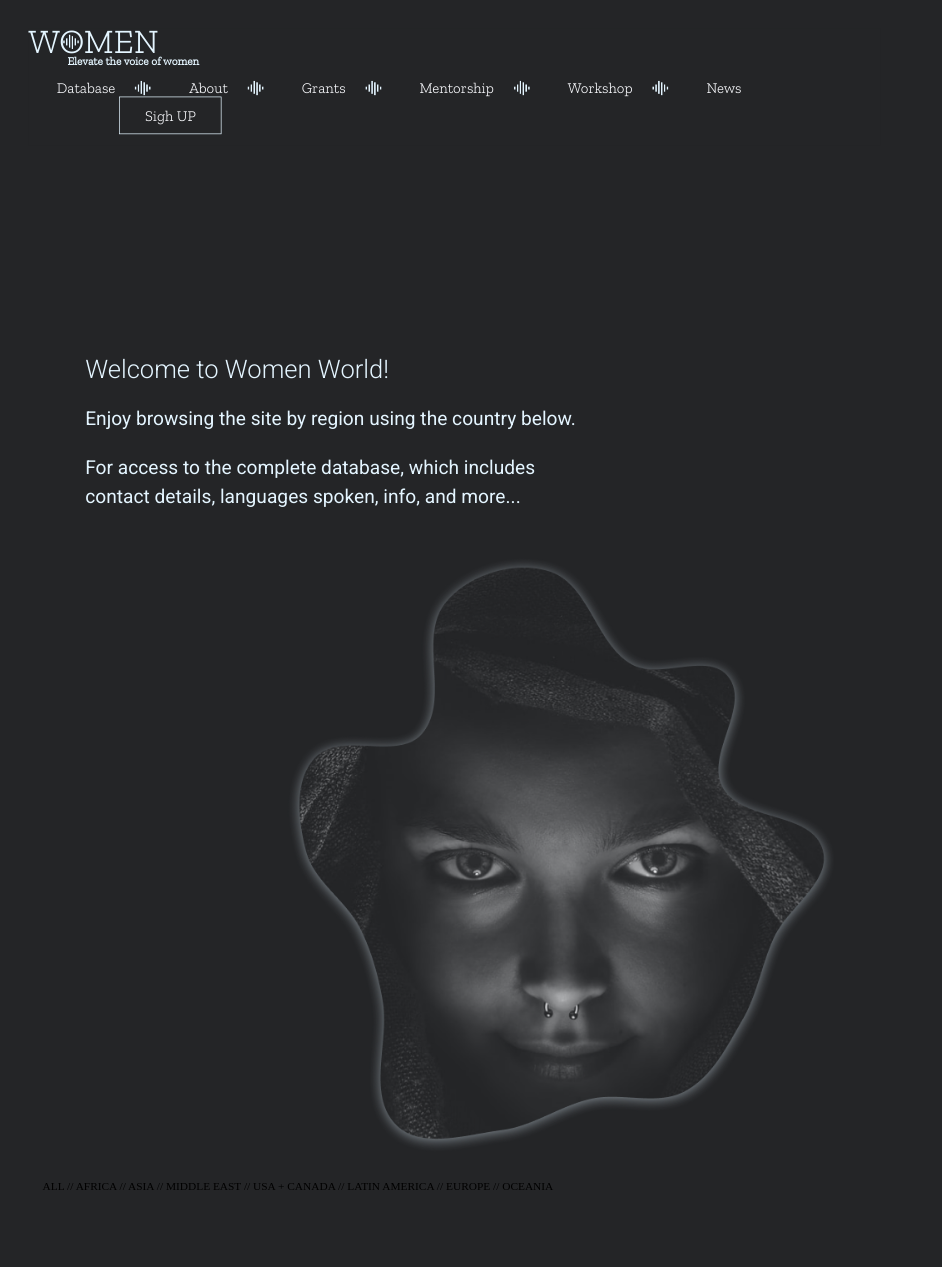
Repository: AndreyMykulych/user_home_work_Mykulych
Page: 5/index.html
These files come from the project's save history. The page is drawn as it stood at one moment and after the next save; the edit follows.
The browser window is 1280 px wide. The page is 1327 px wide, so the pictures cover 1327 px, including what lies to the right of the window. The pictures show the whole page, at 71% of full size.

Above is the page before, as saved 2023-03-05 17:35:23.

After the next save:
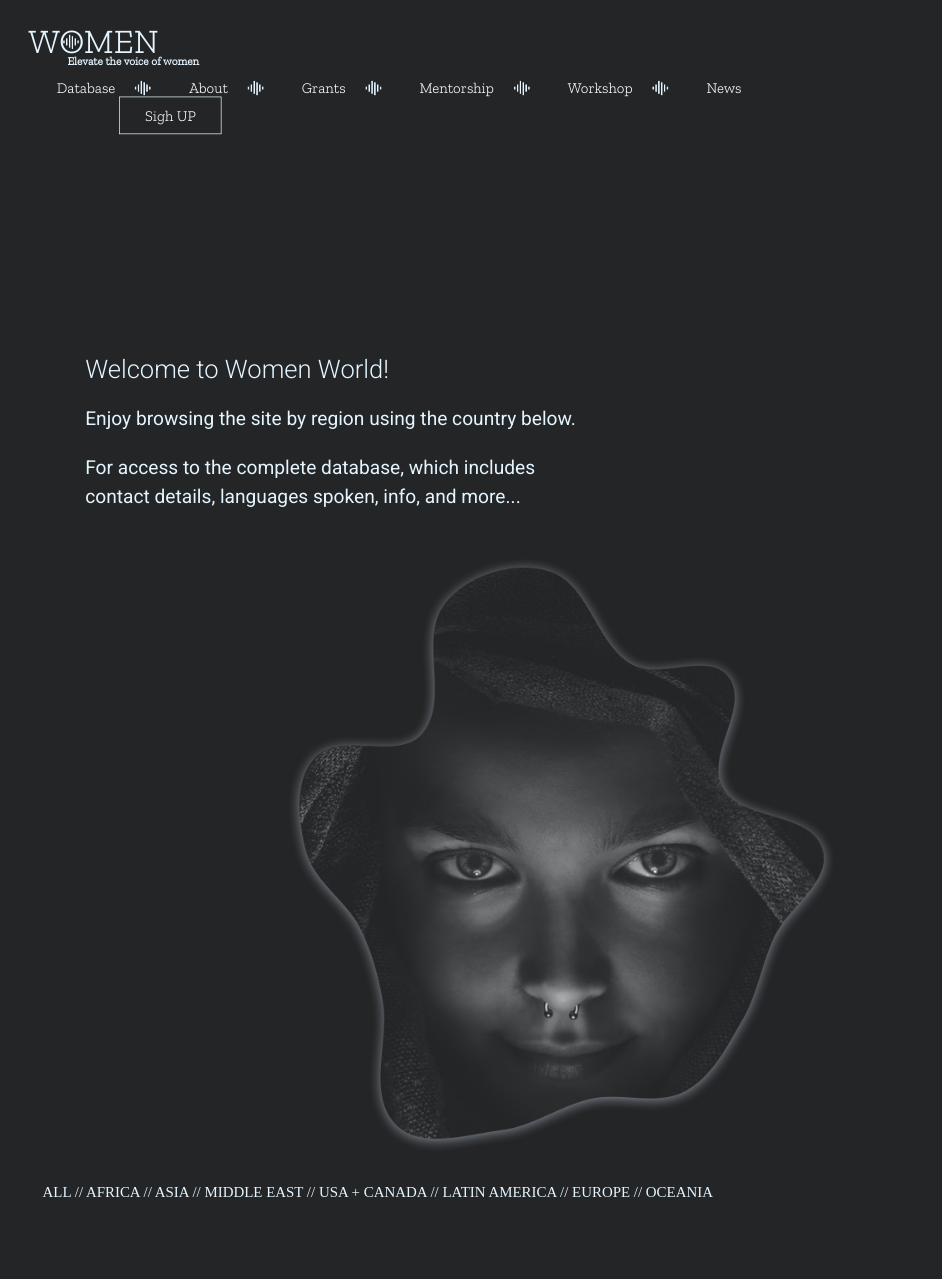
Saved 29 s later.
--- a/5/style/index.css
+++ b/5/style/index.css
@@ -158,4 +158,13 @@ font-family: 'Zilla Slab', serif;
 display: inline-block;
 padding: 20px;
 list-style-type: none;
+font-family: 'Clab';
+font-style: normal;
+font-weight: 300;
+font-size: 21px;
+line-height: 25px;
+
+/* Women - Primary Color */
+
+color: #E4F5FF
 }
